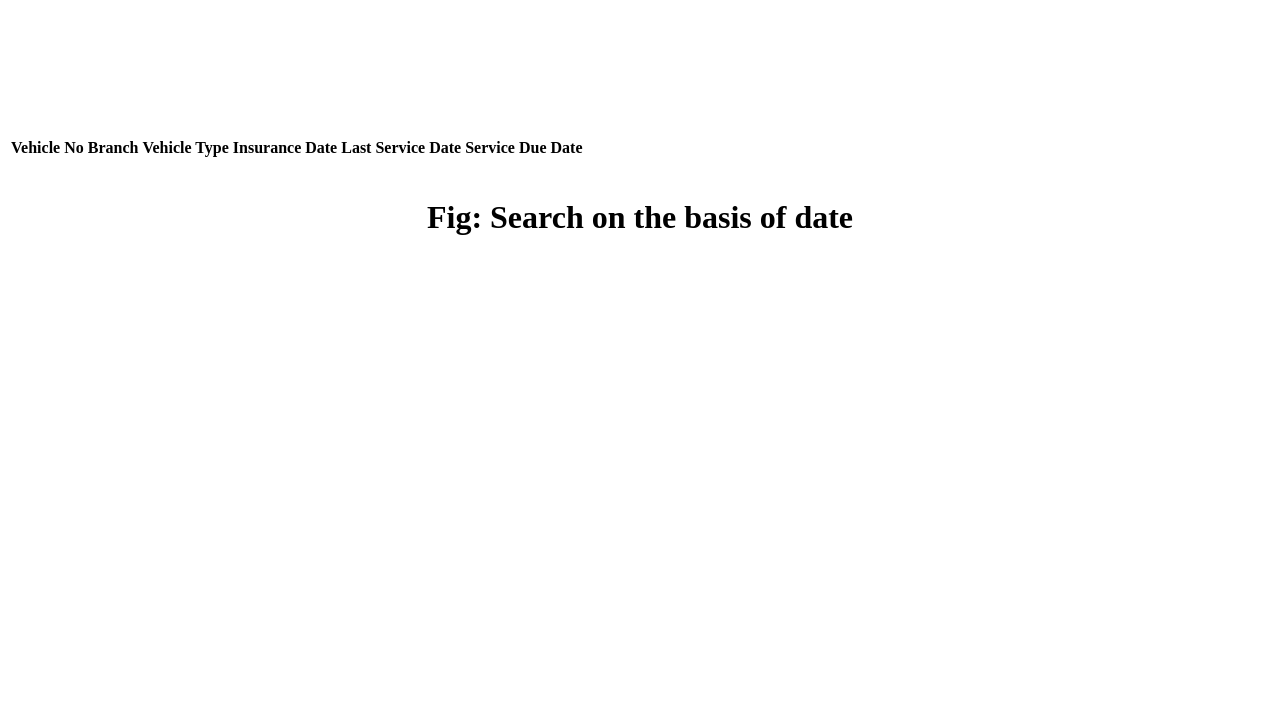
Repository: vaibhavgramni/VehicleSystem
Page: http://localhost/VehicleReservation/SearchServiceDate.jsp
An editor plug-in stored every save of this project. The page is shown before and after the next save, followed by the edit.
The browser window is 1280 px wide. The pictures show the whole page.
The page is served by Tomcat 9. Queries for data that is not in the repository find no rows.

Above is the page before, as saved 2019-05-06 09:23:11.

After the next save:
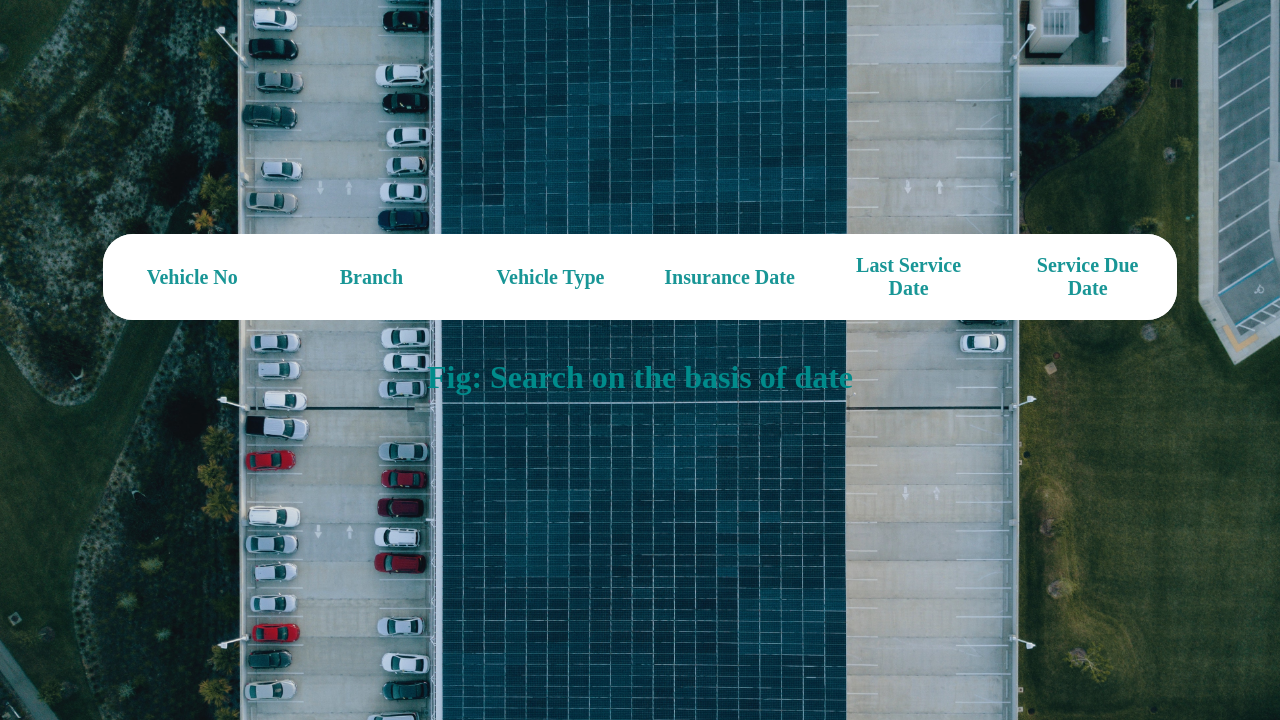
Saved 11 s later.
--- a/VehicleReservation/WebContent/SearchServiceDate.jsp
+++ b/VehicleReservation/WebContent/SearchServiceDate.jsp
@@ -11,6 +11,7 @@
 <!DOCTYPE html PUBLIC "-//W3C//DTD HTML 4.01 Transitional//EN" "http://www.w3.org/TR/html4/loose.dtd">
 <html>
 <head>
+<link rel="Stylesheet" href="tablebranch.css">
 <meta http-equiv="Content-Type" content="text/html; charset=ISO-8859-1">
 <title>Insert title here</title>
 </head>
